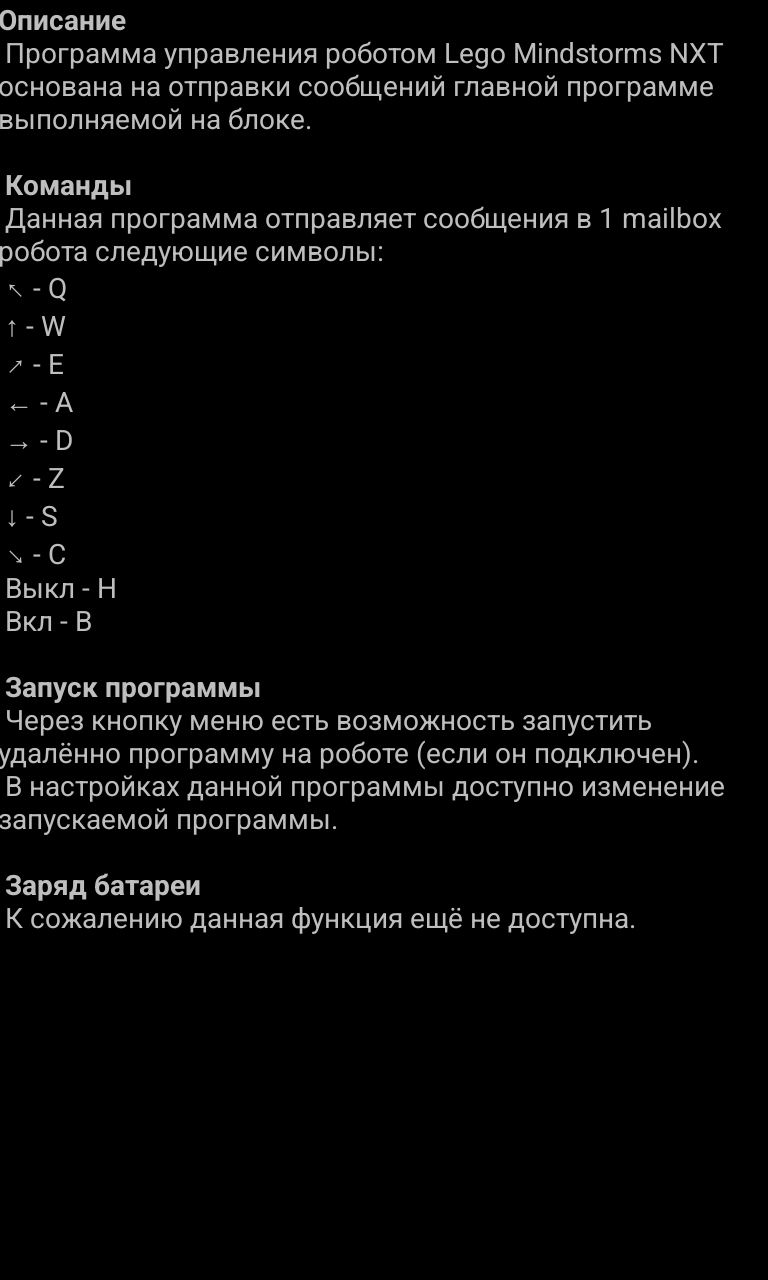
Repository: ssbayanov/panhandlerNXT
Layout: poproshaika/res/layout/help.xml
These files come from the project's save history. The layout is drawn as it stood at one moment and after the next save; the edit follows.
It is drawn on a 768 x 1280 px phone screen (xhdpi) without system bars, with theme android:Theme; the app's code is not run.

Above is the layout before, as saved 2012-11-06 07:14:11.

### poproshaika/res/layout/help.xml
<?xml version="1.0" encoding="utf-8"?>
<LinearLayout xmlns:android="http://schemas.android.com/apk/res/android"
    android:layout_width="fill_parent"
    android:layout_height="fill_parent"
    android:orientation="vertical"
    android:scrollX="1dp">

    <TextView
        android:id="@+id/help_content"
    	android:layout_width="fill_parent"
    	android:layout_height="fill_parent"
    	android:text="@string/help_content"
        android:gravity="top"
        >

        <requestFocus />
    </TextView>

</LinearLayout>

### poproshaika/res/values/strings.xml
<?xml version="1.0" encoding="utf-8"?>
<resources xmlns:xliff="urn:oasis:names:tc:xliff:document:1.2">

    <string name="app_name">Управление NXT</string>

    <!--  BluetoothChat -->
    <string name="send">Send</string>
    <string name="not_connected">Устройство не подключено</string>
    <string name="bt_not_enabled">Bluetooth выключен.\n Включите его для работы</string>
    <string name="bt_enabled">Bluetooth включен</string>
    <string name="bt_not_supported">Bluetooth не поддерживается</string>
    <string name="title_connecting">Соединение&#8230;</string>
    <string name="title_connected_to">Соединение с <xliff:g id="device_name">%1$s</xliff:g></string>
    <string name="title_not_connected">Не удалось подключиться</string>
    <string name="title_connection_close">Соединение разорвоно</string>


    <!--  DeviceListActivity -->
    <string name="scanning">Сканируем устройства&#8230;</string>
    <string name="select_device">Выберите устройство для соединения</string>
    <string name="none_paired">Нет соединённых устройств</string>
    <string name="none_found">Устройства не найдены</string>
    <string name="button_scan">Найти устройства</string>
    <string name="connected_devices">Подключенные устройства</string>
    <string name="descovered_devices">Найденные устройства</string>

    <!-- Options Menu -->
    <string name="secure_connect">Подключить устройсто</string>
    <string name="run_programm">Запустить программу</string>
    <string name="disconnect">Отключить устройсто</string>
    <string name="discoverable">Сделать видимым</string>
    <string name="help">Помощь</string>

    <!-- Main Layout -->
    <string name="main_title">Программа управления NXT v1.1</string>
    <string name="robot_name">Имя робота</string>
    <string name="foward_left">↖</string>
    <string name="foward">↑</string>
    <string name="foward_right">↗</string>
    <string name="left">←</string>
    <string name="button_scan_off">Выкл</string>
    <string name="button_scan_on">Вкл</string>
    <string name="right">→</string>
    <string name="backward_left">↙</string>
    <string name="backward">↓</string>
    <string name="backward_right">↘</string>

    <!-- Preferances -->
    <string name="preferences">Настройки</string>
    <string name="summary_preferences">Общие</string>
    <string name="title_preference_show_battery">Отобразить заряд баттареи</string>
    <string name="summary_on_preference_show_battery">Отображается</string>
    <string name="summary_off_preference_show_battery">Не отображается</string>
    <string name="robot_preferences">Робот</string>
    <string name="title_preference_name_program">Имя программы</string>
    <string name="title_preference_summary_name_program">Введите имя программы которую требуется запустить на роботе</string>
    <string name="preference_edit_this_text">Имя программы</string>

    <!--  Help  -->
    <string name="help_content">
<b>Описание</b>\n
Программа управления роботом Lego Mindstorms NXT основана на отправки сообщений главной программе выполняемой на блоке.\n\n
<b>Команды</b>\n
Данная программа отправляет сообщения в 1 mailbox робота следующие символы:\n
 ↖ - Q\n
↑ - W\n
 ↗ - E\n
← - A\n
→ - D\n
↙ - Z\n
↓ - S\n
↘ - C\n
Выкл - H\n
Вкл - B\n\n
<b>Запуск программы</b>\n
Через кнопку меню есть возможность запустить удалённо программу на роботе (если он подключен).\n
В настройках данной программы доступно изменение запускаемой программы.\n\n
<b>Заряд батареи</b>\n
К сожалению данная функция ещё не доступна.
</string>
</resources>

After the next save:
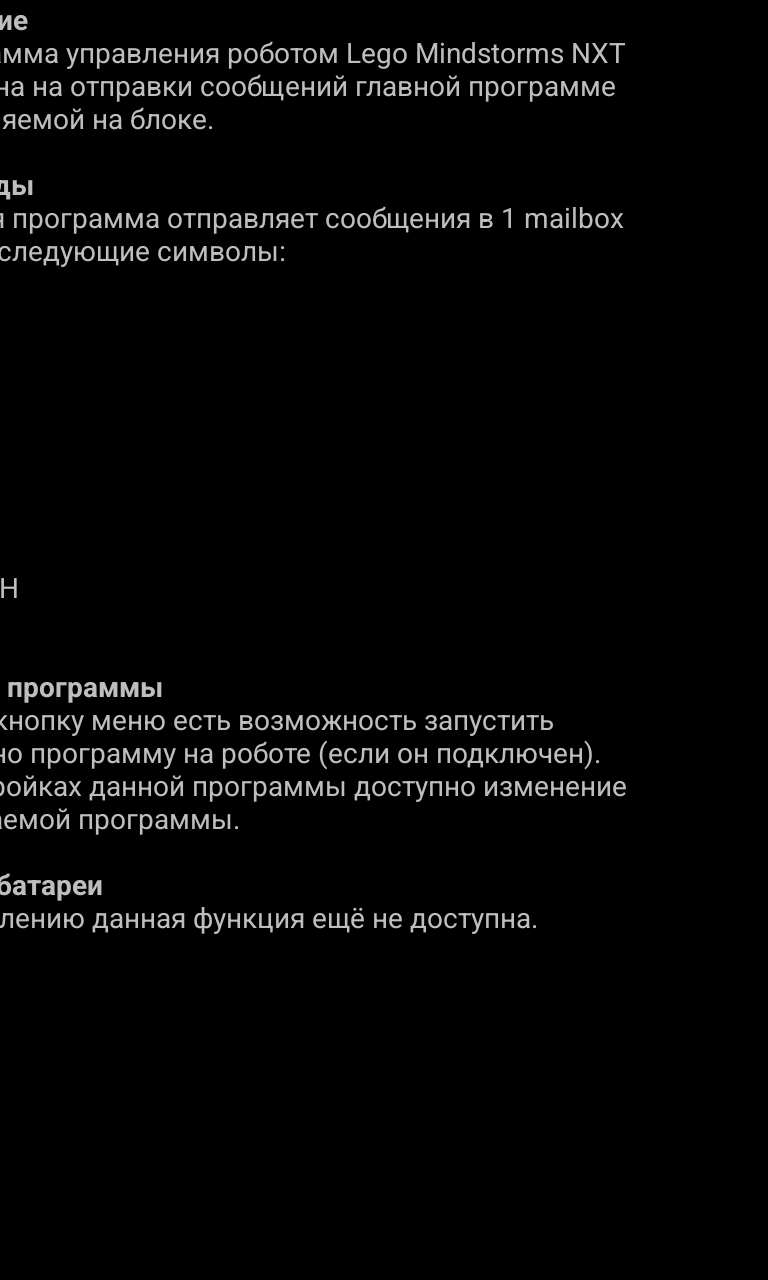
Saved 41 s later.
--- a/poproshaika/res/layout/help.xml
+++ b/poproshaika/res/layout/help.xml
@@ -3,7 +3,7 @@
     android:layout_width="fill_parent"
     android:layout_height="fill_parent"
     android:orientation="vertical"
-    android:scrollX="1dp">
+    android:scrollX="50dp">
 
     <TextView
         android:id="@+id/help_content"
